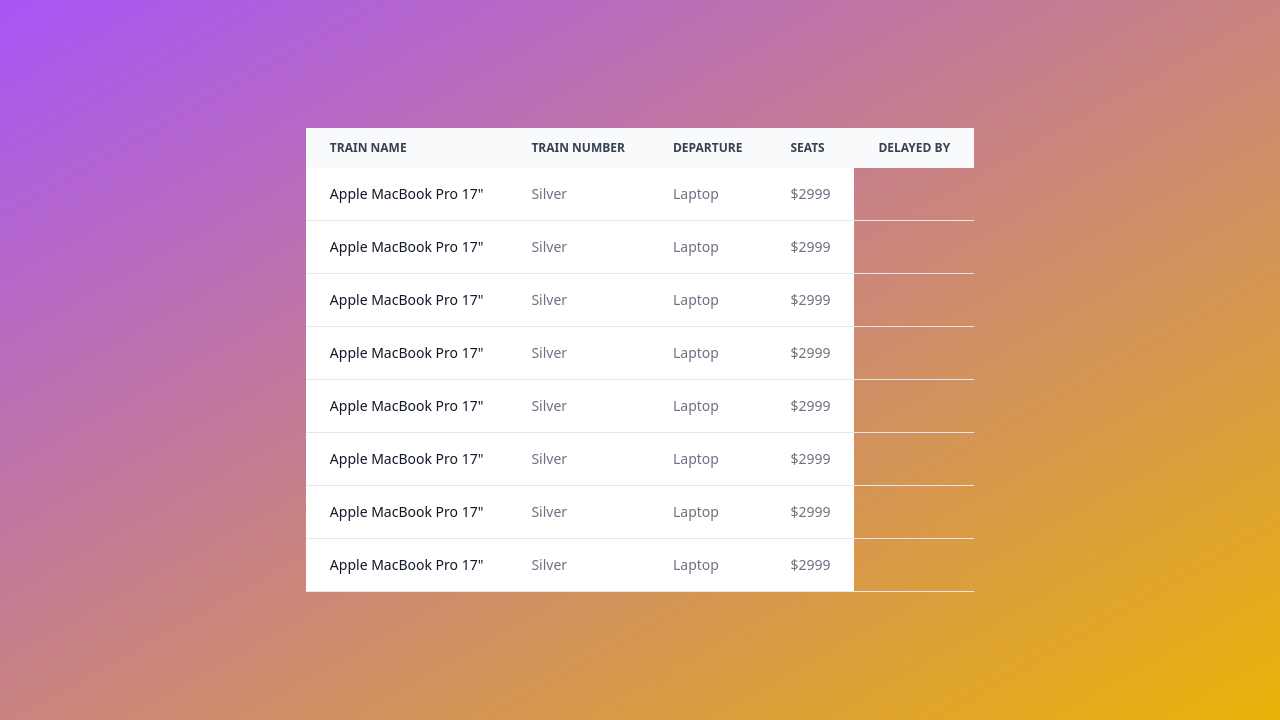
Repository: theanmol-raj/2010080029
Page: /
An editor plug-in stored every save of this project. The page is shown before and after the next save, followed by the edit.
The browser window is 1280 px wide. The pictures show the whole page.
The project was rebuilt for these pictures with package versions that can differ from the ones it lists, and the page was loaded fresh each time.

Above is the page before, as saved 2023-04-29 20:44:07.

After the next save:
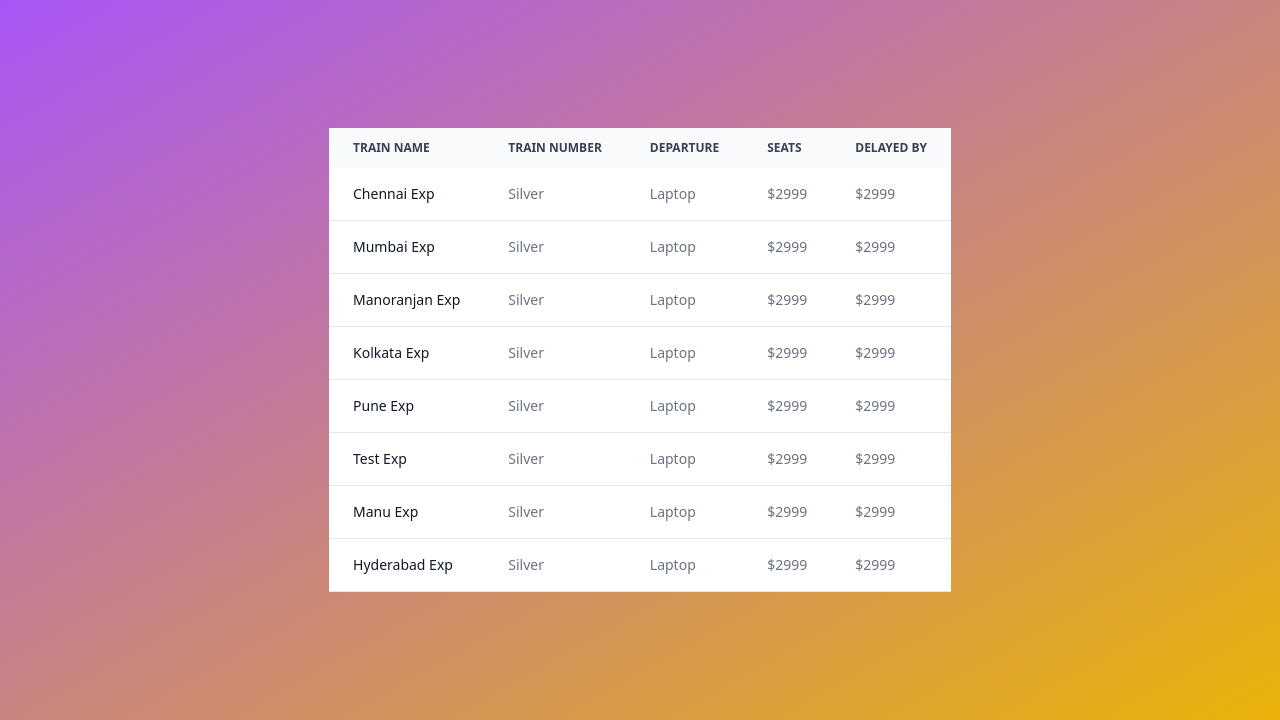
Saved 21 s later.
--- a/src/components/TrainINfo.jsx
+++ b/src/components/TrainINfo.jsx
@@ -32,10 +32,11 @@
                   scope="row"
                   class="px-6 py-4 font-medium text-gray-900 whitespace-nowrap dark:text-white"
                 >
-                  Apple MacBook Pro 17"
+                  {item.trainName}
                 </th>
                 <td class="px-6 py-4">Silver</td>
                 <td class="px-6 py-4">Laptop</td>
+                <td class="px-6 py-4">$2999</td>
                 <td class="px-6 py-4">$2999</td>
               </tr> )}
 
